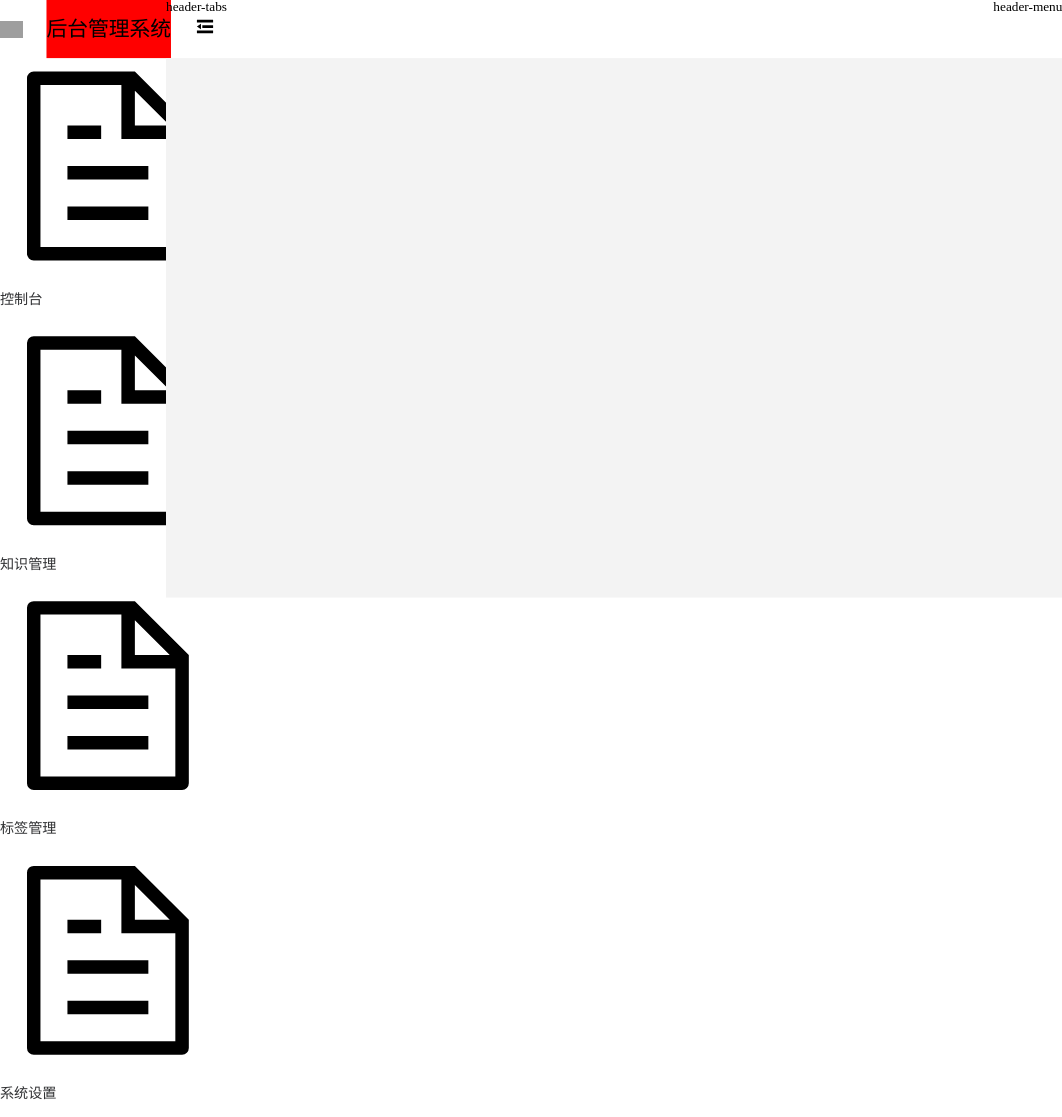
Repository: serrrN/vue-vite-template
Page: /
These files come from the project's save history. The page is drawn as it stood at one moment and after the next save; the edit follows.
The browser window is 1280 px wide. The pictures show the whole page, at 83% of full size.
Pictures or frames that could not be fetched are drawn as grey boxes. The project was rebuilt for these pictures with package versions that can differ from the ones it lists, and the page was loaded fresh each time. Also part of the build but not shown: vite.config.ts, src/styles/index.scss.

Above is the page before, as saved 2024-06-02 16:14:27.

### src/main.ts
import { createApp } from 'vue'
import App from './App.vue'
import ElementPlus from 'element-plus'
import zhCn from 'element-plus/es/locale/lang/zh-cn'
import * as ElementPlusIconsVue from '@element-plus/icons-vue'
import router from './router'
import 'reset-css'
import "./styles/index.scss"
import pinia from "@/store/index"
const app = createApp(App)
for (const [key, component] of Object.entries(ElementPlusIconsVue)) {
  app.component(key, component)
}
app.use(pinia)
app.use(ElementPlus, { locale: zhCn })
app.use(router)
app.mount('#app')

### src/App.vue
<script setup lang="ts">

</script>

<template>
  <router-view></router-view>
</template>

<style>
*{
  box-sizing: border-box;
}
 #app,html,body{
  width: 100%;
  height: 100%;
 }
</style>

### src/router/index.ts
import { createRouter,createWebHistory } from "vue-router"
const routes = [
    {
        path: "/",
        name: "home",
        component: () => import("@/layout/index.vue")
    }
]
const router = createRouter({
    history: createWebHistory(),
    routes
})
export default router

### src/store/index.ts
import { createPinia } from 'pinia'
const pinia = createPinia()
export default pinia

### src/layout/index.vue
<template>
  <div class="layout-container">
     <div class="left">
        <Menu/>
     </div>
     <div class="right">
      <div class="header"><Header/></div>
      <div class="main"><Main/></div>
     </div>
  </div>
</template>

<script lang="ts" setup>
import Menu from "./menu/index.vue"
import Header from "./header/index.vue"
import Main from "./main/index.vue"
</script>

<style scoped lang="scss">
.layout-container{
  width: 100%;
  height: 100%;
  display: flex;
  .left{
    height: 100%;
    width: $layout-container-left-max-width;
  }
  .right{
    width: calc(100% - $layout-container-left-max-width);
    .header{
      width: 100%;
      height: $layout-container-header-height;
      display: flex;
      justify-content:space-between;
    }
    .main{
      height: calc(100% - $layout-container-header-height);
      width: 100%;
      background-color: #f3f3f3;
    }
  }
}
</style>

### src/styles/variable.scss
// 布局容器左边未塌陷宽度
$layout-container-left-max-width:200px;
// 布局容器左边塌陷后宽度
$layout-container-left-min-width:0px;

// 布局容器头部高度
$layout-container-header-height:70px;

### src/layout/menu/index.vue
<template>
  <el-menu
    default-active="2"
    class="el-menu-vertical-demo"
    :collapse="isCollapse"
    @open="handleOpen"
    @close="handleClose"
  >
    <div class="header">
      <div class="logo-wrapped">
        <img src="/vite.svg" class="logo" alt="Vite logo" />
      </div>
      <div class="name">后台管理系统</div>
      <div class="fold-icon-wrapped">
        <el-icon size="30">
          <Fold />
        </el-icon>
      </div>
    </div>

    <el-menu-item index="1">
      <el-icon><document /></el-icon>
      <span>控制台</span>
    </el-menu-item>
    <el-menu-item index="2">
      <el-icon><document /></el-icon>
      <span>知识管理</span>
    </el-menu-item>
    <el-menu-item index="3">
      <el-icon><document /></el-icon>
      <span>标签管理</span>
    </el-menu-item>
    <el-menu-item index="4">
      <el-icon><document /></el-icon>
      <span>系统设置</span>
    </el-menu-item>
  </el-menu>
</template>

<script lang="ts" setup>
import { ref } from 'vue'

const isCollapse = ref(false)
const handleOpen = (key: string, keyPath: string[]) => {
  console.log(key, keyPath)
}
const handleClose = (key: string, keyPath: string[]) => {
  console.log(key, keyPath)
}
</script>

<style lang="scss" scoped>
.el-menu {
  height: 100%;
  .header {
    display: flex;
    height: 70px;
    line-height: 70px;
    justify-content: space-between;
    .logo-wrapped{
      line-height:50px ;
      height: 100%;
      display: flex;
      align-items: center;
      justify-content: center;
      width: 28px;
      .logo{
        width: 28px;
      }
    }
    .name {
      text-align: center;
      font-size: 25px;
      background-color: red;
      width: 150px;
    }
    .fold-icon-wrapped{
      width: 10%;
    }
  }

  .el-menu-item span {
    color: rgb(48, 49, 51);
    font-weight: 400;
    font-size: 17px;
    line-height: 56px;
    font-family: 'Helvetica Neue', Helvetica, 'PingFang SC', 'Hiragino';
  }
}
.el-menu-vertical-demo:not(.el-menu--collapse) {
  width: 260px;
  min-height: 400px;
}
</style>

### src/layout/header/index.vue
<template>
 <Tabs/>
 <Menu/>
</template>
<script setup lang="ts">
import Tabs from "./tabs/index.vue"
import Menu from "./menu/index.vue"
</script>
<style lang="scss" scoped>

</style>

### src/layout/main/index.vue
<template>
    <router-view></router-view>
</template>
<script setup lang="ts">

</script>
<style lang="scss" scoped>

</style>

### src/layout/header/tabs/index.vue
<template>
<div class="header-tabs">header-tabs</div>
</template>
<script setup lang="ts">

</script>
<style lang="scss" scoped>

</style>

### src/layout/header/menu/index.vue
<template>
<div class="header-menu">header-menu</div>
</template>
<script setup lang="ts">

</script>
<style lang="scss" scoped>

</style>

Loaded but not shown: index.html (common file)

After the next save:
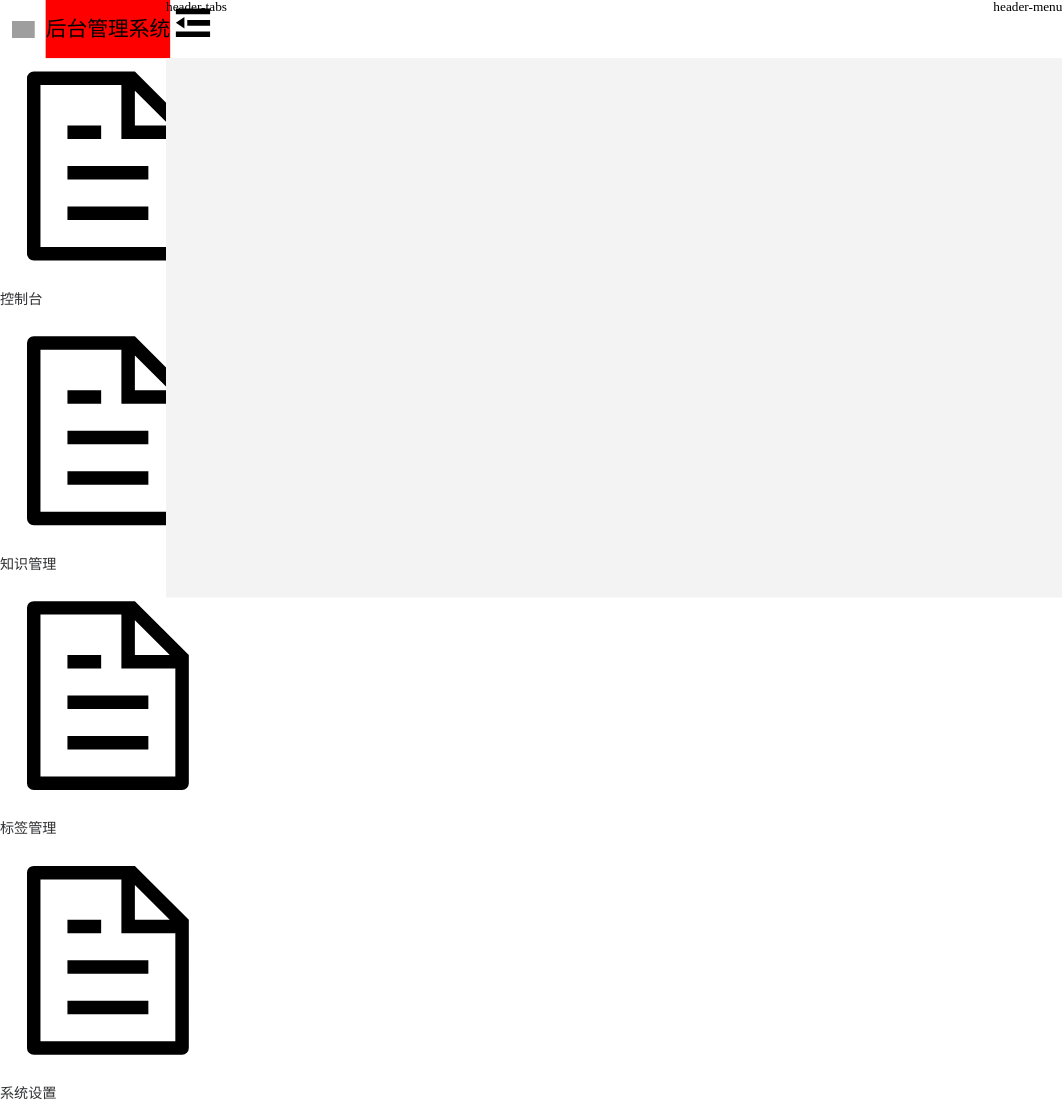
Saved 28 s later.
--- a/src/layout/menu/index.vue
+++ b/src/layout/menu/index.vue
@@ -63,7 +63,7 @@ const handleClose = (key: string, keyPath: string[]) => {
       display: flex;
       align-items: center;
       justify-content: center;
-      width: 28px;
+      width: 55px;
       .logo{
         width: 28px;
       }
@@ -75,7 +75,7 @@ const handleClose = (key: string, keyPath: string[]) => {
       width: 150px;
     }
     .fold-icon-wrapped{
-      width: 10%;
+      width: 55px;
     }
   }
 
